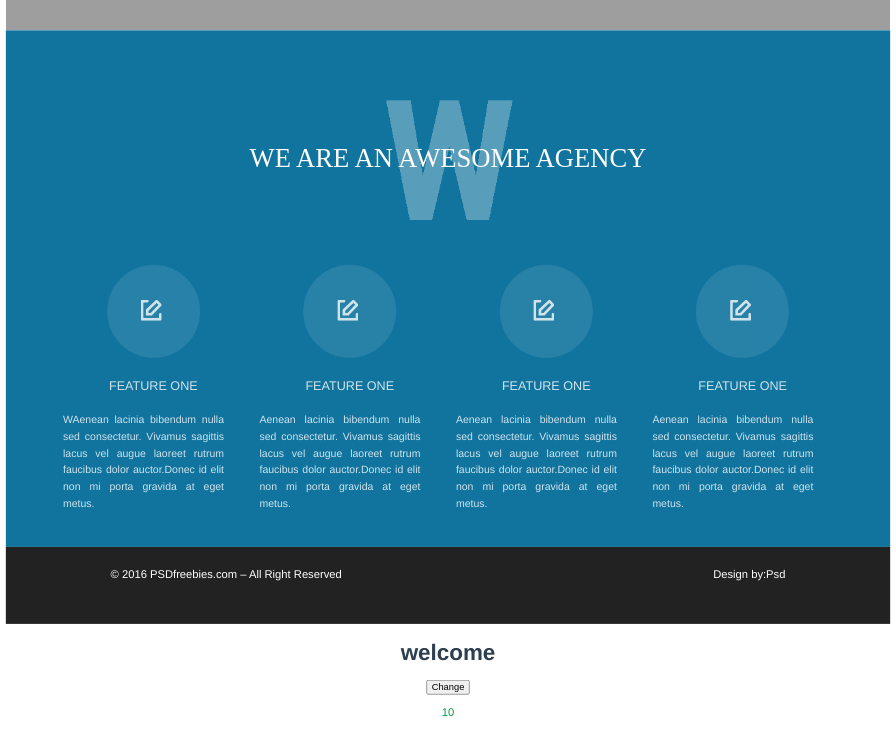
Repository: joker506/Creatives
Page: /
The author's editor kept a copy of each file at every save. The page is drawn from the files as they stood at one save, then again after the next save.
The browser window is 1280 px wide. The pictures show the part of the page from y = 796 to 2716 px (the page is 1846 px tall before and 2716 px after), at 70% of full size.
Pictures or frames that could not be fetched are drawn as grey boxes. The project was rebuilt for these pictures with package versions that can differ from the ones it lists, and the page was loaded fresh each time.

Above is the page before, as saved 2020-04-11 23:33:25.

### public/index.html
<!DOCTYPE html>
<html lang="ru">

<head>
    <meta charset="utf-8">
    <meta http-equiv="X-UA-Compatible" content="IE=edge">
    <meta name="viewport" content="width=device-width,initial-scale=1.0">
    <link rel="icon" href="<%= BASE_URL %>favicon.ico">
    <title>
        <%= htmlWebpackPlugin.options.title %>
    </title>
</head>

<body>
    <noscript>
      <strong>We're sorry but <%= htmlWebpackPlugin.options.title %> doesn't work properly without JavaScript enabled. Please enable it to continue.</strong>
    </noscript>
    <div id="app"></div>
    <!-- built files will be auto injected -->
</body>

</html>

### src/main.js
import Vue from 'vue'
import Vuelidate from 'vuelidate'
import App from './App.vue'

Vue.use(Vuelidate)

Vue.config.productionTip = false

new Vue({
    render: h => h(App),
}).$mount('#app')

### src/App.vue
<template>
  <div id="app">
<HeaderApp />
<AdvantagesApp />
<TeamApp />
<FormApp />
<FooterApp />

    <HelloWorld
    @clicks="clickUp($event)"
       :msg=msg
       :counter=counter />
  </div>
</template>

<script>
import HelloWorld from './components/HelloWorld.vue'
import HeaderApp from './components/HeaderApp.vue'
import AdvantagesApp from './components/AdvantagesApp.vue'
import TeamApp from './components/TeamApp.vue'
import FormApp from './components/FormApp.vue'
import FooterApp from './components/FooterApp.vue'

export default {
  name: 'App',
  data(){

    return{
    msg:"welcome",
    counter:10,


    }

  },
  components: {
    HelloWorld,
    AdvantagesApp,
    HeaderApp,
    TeamApp,
    FormApp,
    FooterApp
  },
  methods:{
    clickUp(event){
      console.log("click")
      this.counter=event
    }
  }
}
</script>

<style>
#app {
  font-family: Avenir, Helvetica, Arial, sans-serif;
  -webkit-font-smoothing: antialiased;
  -moz-osx-font-smoothing: grayscale;
  text-align: center;
  color: #2c3e50;
  overflow: hidden;

}
</style>

### src/components/HelloWorld.vue
<template>
  <div class="hello">
    <h1>{{ msg }} </h1>
   <button @click="clickDown">Change</button>
   <p>{{counter}}</p>

  </div>
</template>

<script>
export default {
  name: 'HelloWorld',

  props: {
    msg: String,
    counter:Number

  },
  methods:{
    clickDown(){
      console.log("Your Click!")
      this.$emit("clicks",this.counter+1)

    }
  }
}
</script>

<style scoped>
h3 {
  margin: 40px 0 0;
}
ul {
  list-style-type: none;
  padding: 0;
}
li {
  display: inline-block;
  margin: 0 10px;
}
a {
  color: #42b983;
}
p{
  color:rgb(3, 156, 62);
}
</style>

### src/components/HeaderApp.vue
<template>

<header class="header">

<div class="header__top">
<a class="logo" href="#" >
    <img src="@/assets/Logo1.png" alt="logo">
</a>
<nav class="main-nav">
    <ul class="main-nav__items">
        <li class="item">
            <a href="#">Home</a> </li>
        <li class="item">
            <a href="#">Pages</a> </li>
        <li class="item">
            <a href="#">Features</a> </li>
        <li class="item">
            <a href="#">Extensions</a> </li>
        <li class="item">
            <a href="#">Tutorials</a> </li>
        <li class="item">
            <a href="#">Contact us</a> </li>
    </ul>
</nav>

<div class="social">
    <ul class="social__items">
        <li class="social__item social__item--fb">
            <a class="social__link" href="#"></a></li>
        <li class="social__item social__item--insta">
            <a class="social__link" href="#"></a></li>
        <li class="social__item social__item--teleg">
            <a class="social__link" href="#"></a></li>
        <li class="social__item social__item--vk">
            <a class="social__link" href="#"></a></li>
    </ul>
</div>

</div>
<div class="header__main">

<h1 class="header__title" >Creatives</h1>
<p class="text"><a href="Power by PSDfreebies.com"> Power by PSDfreebies.com</a></p>

<span class="btn__main">
    <a @click="scrollDown" href="#team" class="btn__main-link">scroll down</a>
</span>
</div>


</header>

</template>

<script>
export default {
    name:'HeaderApp',
    methods:{
        scrollDown(){
            console.log("scroll")
        }
    },

    directives:{
        font:{
            bind(el){
            el.style.fontSize='50px'
            }
        },
        color:{
            bind(el){
                el.style.color='#ffffff'
            }
        }
    }


}
</script>

<style lang="scss">
.header{
    margin: 0;
    padding: 0;
    max-width: 1600px;
    padding-top: 20px;
    font-size: 18px;
    background-image: url("~@/assets/Layer96.jpg");
    background-repeat: no-repeat;
    background-position: 0 0;
    background-size: cover;
}

.header__top{
    padding-right: 15px;
    padding-left: 15px;
    display: flex;
    justify-content: space-between;
    height: 90px;
    border-bottom: 3px solid hsla(0, 0%, 47%, 0.5);
}
.wrapper{
    width: 1200px;
}
.logo {
    list-style: none;
    cursor: pointer;
    color: #000000 ;
    &>img{
    width:79px;
    height:75px;
    }
}

.main-nav{
margin-left: 220px;
margin-right: 40px;
//border: 1px solid greenyellow;
}
.main-nav__items{
padding: 0;
margin: 0;
display: flex;
justify-content: space-between;
width: 700px;
height: 85px;
}
.item{
    width: 100px;
    height: 83px;
    list-style: none;
    font-family: "Myriad Pro";
    font-size: 20px;
    font-weight: 400;
    color: #ffffff;
    &:hover{
        border-bottom: 6px solid #11749e;
    }
    &>a{
        display: block;
        padding-top: 30px;
        height: 50px;
        text-decoration: none;
        color: #868686;
   /*  &:hover{
        color: blue;
    } */

    }
}
.social{
width: 141px;
}
.social__items{
    margin: 0;
    padding: 0;
    display: flex;
    justify-content: space-between;
    list-style: none;
}

.social__item{
    width: 20px;
    height: 20px;
    margin-top: 30px;
    position: relative;
    &--fb{
        background-image: url("~@/assets/facebook.svg");
        &:hover{
        background-image: url("~@/assets/fb-active.svg");
        }
    }
     &--insta{
        background-image: url("~@/assets/instagram.svg");
    }
     &--teleg{
        background-image: url("~@/assets/telegram.svg");
    }
     &--vk{
        background-image: url("~@/assets/vk.svg");
    }
    &::before{
        content: '';
        position: absolute;
        width: 30px;
        height: 30px;
         background-position: 0 0;
        background-repeat: no-repeat;
}
}


.social__link{
    display: block;
    padding-top: 30px;
    height: 50px;
    color: #868686;
    text-decoration: none;
}
/*
.header__main{
    height: 766px;
} */

.header__title{
    margin: 0 auto;
    margin-top: 130px;
    font-family: Gotham;
    font-size: 153px;
    font-weight: 700;
    text-transform: uppercase;
    letter-spacing: -1.92px;
}

.text{
margin: 0 auto;
margin-top: 30px;
color: #11749e;
font-family: Gotham;
font-size: 25px;
font-weight: 500;
line-height: 51.19px;
text-transform: uppercase;
letter-spacing: 7.88px;
}
.text>a{
    text-decoration: none;
    color: bisque;
}
.btn__main{
    display: block;
    margin-top: 115px;
    padding-bottom: 115px;
    position: relative;

}
.btn__main-link{
    color:beige;
    cursor: pointer;
    font-weight: 500;
    line-height: 22px;
    text-transform: capitalize;
        &::after{
        content: '';
        display: block;
        left: 50%;
        margin: auto;
        margin-top: 15px;
        width: 65px;
        height: 65px;
        background-image: url("~@/assets/chevron.svg");
        background-repeat: no-repeat;
        background-position: 0 0;
        background-size: cover;
        }
        &:hover{
color: #11749e;
}
}



</style>

### src/components/AdvantagesApp.vue
<template >
<section class="advantages" >
    <div class="wrap">
<h2 class="advantages__title">
    We Are An Awesome Agency
</h2>
    </div>
    <div class="advantages-block">
<div class="block__first">
   <div><img src="~@/assets/Ellipse1.png" alt="ellipse"></div>
    <h3 class="block__title">Feature One</h3>
    <p class="block__text">WAenean lacinia bibendum nulla sed consectetur. Vivamus sagittis lacus vel augue laoreet rutrum faucibus dolor auctor.Donec id elit non mi porta gravida at eget metus.
</p>
</div>
<div class="block__first">
    <div><img src="~@/assets/Ellipse1.png" alt="ellipse"></div>
    <h3 class="block__title">Feature One</h3>
     <p class="block__text">Aenean lacinia bibendum nulla sed consectetur. Vivamus sagittis lacus vel augue laoreet rutrum faucibus dolor auctor.Donec id elit non mi porta gravida at eget metus.
</p>
</div>
<div class="block__first">
    <div><img src="~@/assets/Ellipse1.png" alt="ellipse"></div>
    <h3 class="block__title">Feature One</h3>
     <p class="block__text">Aenean lacinia bibendum nulla sed consectetur. Vivamus sagittis lacus vel augue laoreet rutrum faucibus dolor auctor.Donec id elit non mi porta gravida at eget metus.
</p>
</div>
<div class="block__first">
    <div><img src="~@/assets/Ellipse1.png" alt="ellipse"></div>
    <h3 class="block__title">Feature One</h3>
    <p class="block__text">Aenean lacinia bibendum nulla sed consectetur. Vivamus sagittis lacus vel augue laoreet rutrum faucibus dolor auctor.Donec id elit non mi porta gravida at eget metus.
</p>
</div>
</div>

</section>
</template>

<script>
export default {
    name:'AdvantagesApp',

}
</script>

<style lang="scss">

.advantages{
max-width: 1600px;
height: 738px;
background-color: #11749e;
}
.wrap{
    margin: 0;
}
.advantages-logo{
margin-top: 108px;
    opacity: 0.3 ;
}

.advantages__title{
    margin: 0;
padding-top: 170px;
margin-bottom: 140px;
color: #ffffff;
font-family: Gotham;
font-size: 38px;
font-weight: 500;
line-height: 25px;
text-transform: uppercase;
position: relative;
&::before{
    content: '';
    position: absolute;
    top: 100px;
    left: 43%;
    width: 180px;
    height: 180px;
    opacity: 0.3;
    background-image: url("~@/assets/W.png");
    background-size: contain;
    background-repeat: no-repeat;
    background-position: 0 0;
}
}
.advantages-block{
    width: 1100px;
    margin: 0 auto;
    display: flex;
    justify-content: space-between;
}
.block__first{
    width: 258px;

    color: #ffffff;
    opacity: 0.8;


}
.block__first>div{
    opacity: 1;
    position: relative;
      &::before{
    content: '';
    position: absolute;
    top: 50px;
    left: 111px;
    width: 30px;
    height: 30px;
    background-image: url("~@/assets/Write.svg");
    background-position: 0 0;
    background-repeat: no-repeat;
    background-size: contain;
}
    }


.block__title{
    font-size: 18px;
font-weight: 500;
line-height: 36px;
text-transform: uppercase;

}
.block__text{
    width: 230px;
text-align: justify;    ;
font-size: 15px;
font-weight: 400;
line-height: 24px;
}
</style>

### src/components/TeamApp.vue
<template>
<section class="team" id="team">
<div class="wrap">
<h2 class="team__title">Our Team</h2>
<p class="team__text">sales long tail influencer pitch release niche market.</p>
</div>

<div class="team-block">

<div v-for="staff in staffs" :key="staff.id" class="staff__first" >
    <img :src="require('@/assets'+staff.img)" alt="">
    <div class="staff-wrap">
    <h3 class="staff__title">{{staff.name}}</h3>
    <span class="staff__prof">{{staff.proff}}</span>
    </div>
</div>

    </div>

    </section>
</template>

<script>
export default {
    name:'TeamApp',
    data(){
        return{
            staffs:[
                {
                    id:1,
                    name:"JOHN SNOW",
                    proff:"CEO",
                    img:'/Layer81.png'
                },
                {
                    id:2,
                    name:"LADY SANSA",
                    proff:"WebDesigner",
                    img:'/Layer82.png'
                },
                {
                    id:3,
                    name:"JOHN MMAc",
                    proff:"Pgotographer",
                    img:'/Layer83.png'
                },
                {
                    id:4,
                    name:"LADY SIMPS",
                    proff:"Pgotographer",
                    img:'/Layer84.png'
                },


            ]
        }
    }
}
</script>

<style lang="scss">
.team{
    margin: 0;
    padding: 0;
    max-width: 1600px;
padding-bottom: 10px;
background-color: #f3f0f0;
}
.team__title{
margin: 0;
padding: 0;
padding-top: 140px;
font-size: 38px;
font-weight: 500;
line-height: 45px;
text-transform: uppercase;
position: relative;
&::before{
    content: '';
    position: absolute;
    top: 70px;
    left: 45%;
    width: 120px;
    height: 180px;
    background-image: url('~@/assets/T.png');
    background-position: 0 0;
    background-repeat: no-repeat;
    background-size: contain;
}
}
.team__text{
    margin-top: 140px;
    color: #222222;
font-family: "Gotham - Book";
font-size: 30px;
font-weight: 400;
line-height: 37px;
}
.team-block{
    margin-top: 70px;
    width: 1200px;
    margin: 0 auto;
    display: flex;
    justify-content: space-between;

}
.staff__first {
    width: 270px;
    height: 480px;
    position: relative;
}

.staff-wrap{
    position: absolute;
    top: 360px;
    left: 25px;
    width: 216px;
    height: 117px;
    background-color: #ffffff;
    &:hover{
        border: 1px solid rgb(245, 243, 243);
        box-shadow: 0px 0px 10px 5px rgb(225, 229, 233);
    }
    }
.staff__title{
    color: #11749e;
font-family: Gotham;
font-size: 20px;
font-weight: 500;
line-height: 24px;
text-transform: uppercase;
}

.staff__prof{
    font-family: Gotham;
    font-size: 15px;
    font-weight: 600;
    line-height: 24px;
}
</style>

### src/components/FormApp.vue
<template>
<div class="form">
<h2 class="form__title">We’d love to hear about your project.</h2>
<form action="">
    <label for="name">name</label>
    <input type="text"
            id="name"
            @blur="$v.name.$touch()"
            :class="{'input__wrong':$v.name.$error}"
            v-model="name"
            placeholder="Name">

    <label for="email">email</label>
    <input type="email"
           id="email"
           v-model="email"
           @blur="$v.email.$touch()"
           :class="{'input__wrong':$v.email.$error}"
           placeholder="Email"
           >
    <label for="phone">Phone</label>
    <input type="phone"
            id=""
            v-model="phone"
            @blur="$v.phone.$touch()"
           :class="{'input__wrong':$v.phone.$error}"
           placeholder="Phone"
            >
    <input type="textarea">

    <div class="" v-if="!$v.name.required">Введи имя </div>
    <div class="" v-if="!$v.name.minLength">Имя должно содержать не менее {{4}}, Now {{name.length}}</div>

</form>
<p>{{$v.name}}</p>
</div>

</template>

<script>

import {required,email,phone,minLength } from 'vuelidate/lib/validators'

export default {
name:'FormApp',
data(){
    return{
    name:" ",
    required:" ",
    email:" "
    }
},

validations:{
    name:{
    required,
    minLength:minLength(4),
    //pattern:
},
    email:{
    required,
    email
},
    phone:{
        required,
        phone
    },
}
}

</script>

<style>
.form{
    max-width: 1600px;
    height: 850px;
    background-image: url("~@/assets/form-logo.png");
    background-repeat: no-repeat;
    background-size: contain;
}
.input__wrong{
    box-shadow: 0 0 5px 5px pink;
}


</style>

### src/components/FooterApp.vue
<template>
<footer class="footer">
    <div class="copyright">© 2016 PSDfreebies.com – All Right Reserved</div>
    <div class="design">
        <p>Design by:Psd</p>
    </div>
</footer>
</template>

<script>
export default {
    name:'FooterApp'
}
</script>>
<style lang="scss">
.footer{
    max-width: 1600px;
    height: 110px;
    background-color: #222222;
    padding-right: 150px;
    padding-left: 150px;
    display: flex;
    justify-content: space-between;
}
.copyright,
.design{
    color: #ffffff;
    padding-top: 30px;
}
.design>p{
    margin: 0;
}
</style>

After the next save:
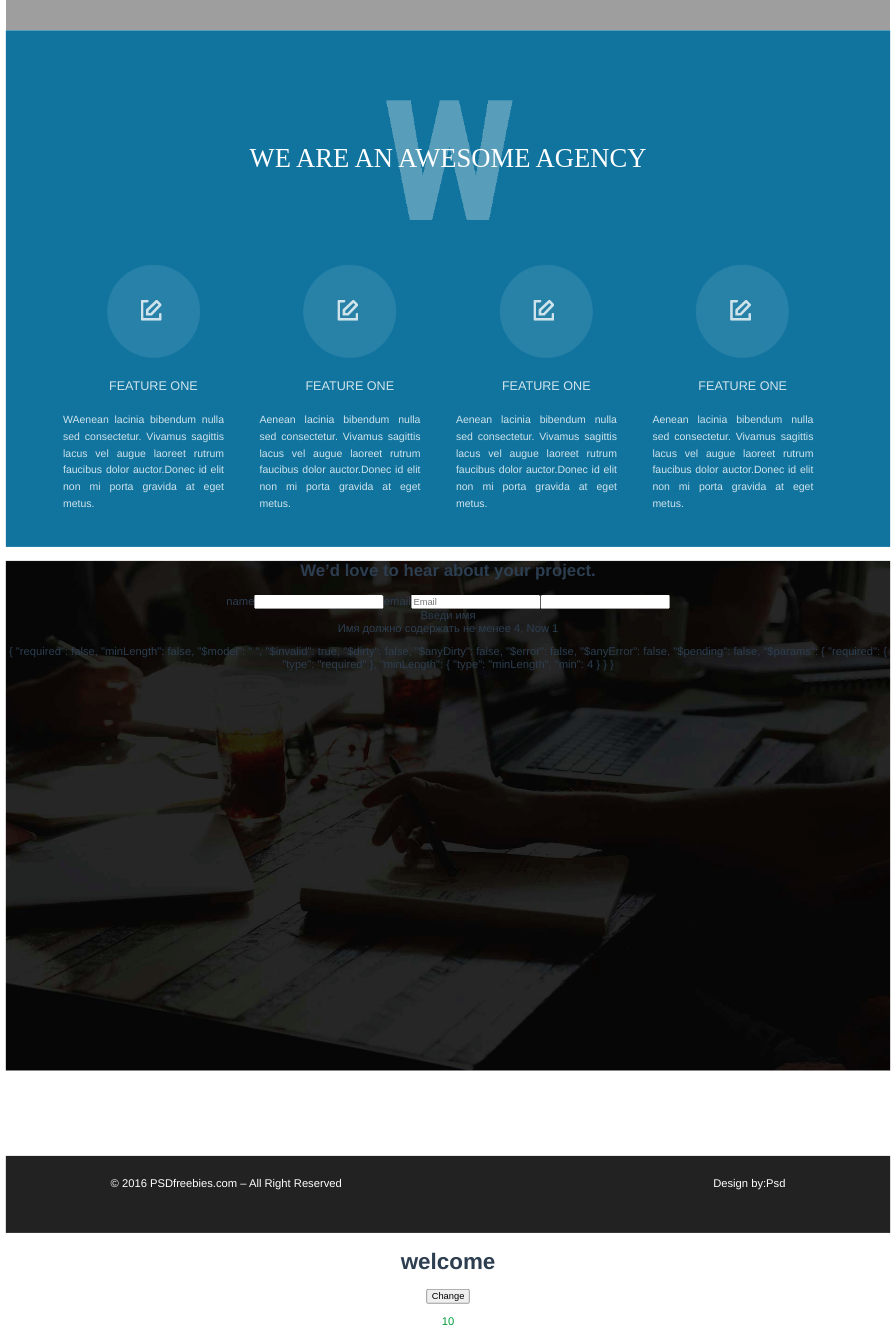
Saved 29 s later.
--- a/src/components/FormApp.vue
+++ b/src/components/FormApp.vue
@@ -18,14 +18,14 @@
            :class="{'input__wrong':$v.email.$error}"
            placeholder="Email"
            >
-    <label for="phone">Phone</label>
+    <!-- <label for="phone">Phone</label>
     <input type="phone"
             id=""
             v-model="phone"
             @blur="$v.phone.$touch()"
            :class="{'input__wrong':$v.phone.$error}"
            placeholder="Phone"
-            >
+            > -->
     <input type="textarea">
 
     <div class="" v-if="!$v.name.required">Введи имя </div>

After the save that followed:
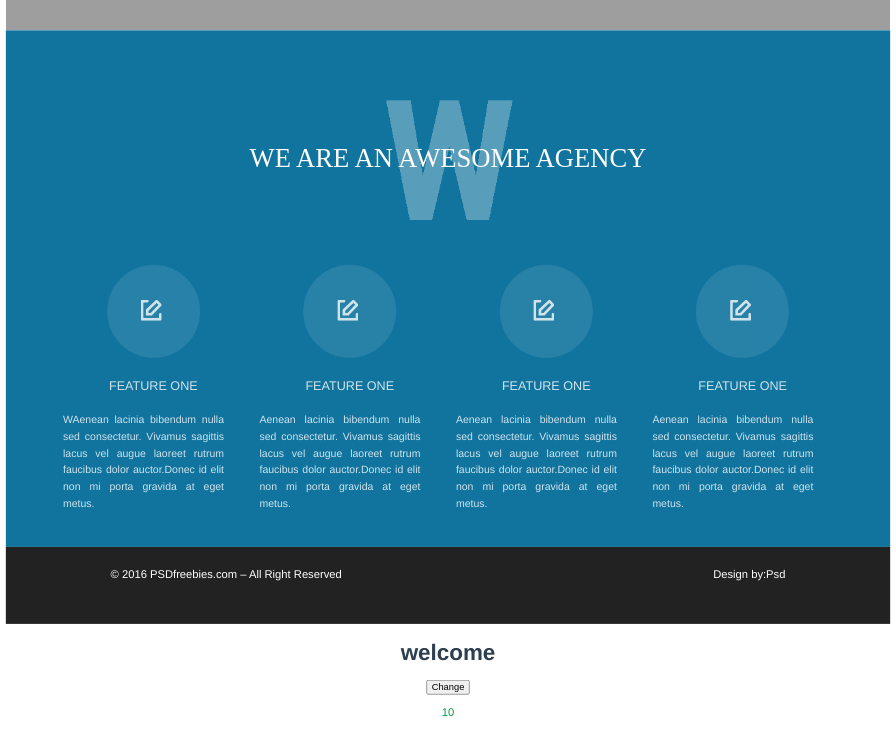
Saved 25 s later.
--- a/src/components/FormApp.vue
+++ b/src/components/FormApp.vue
@@ -18,14 +18,14 @@
            :class="{'input__wrong':$v.email.$error}"
            placeholder="Email"
            >
-    <!-- <label for="phone">Phone</label>
+    <label for="phone">Phone</label>
     <input type="phone"
             id=""
             v-model="phone"
             @blur="$v.phone.$touch()"
            :class="{'input__wrong':$v.phone.$error}"
            placeholder="Phone"
-            > -->
+            >
     <input type="textarea">
 
     <div class="" v-if="!$v.name.required">Введи имя </div>
